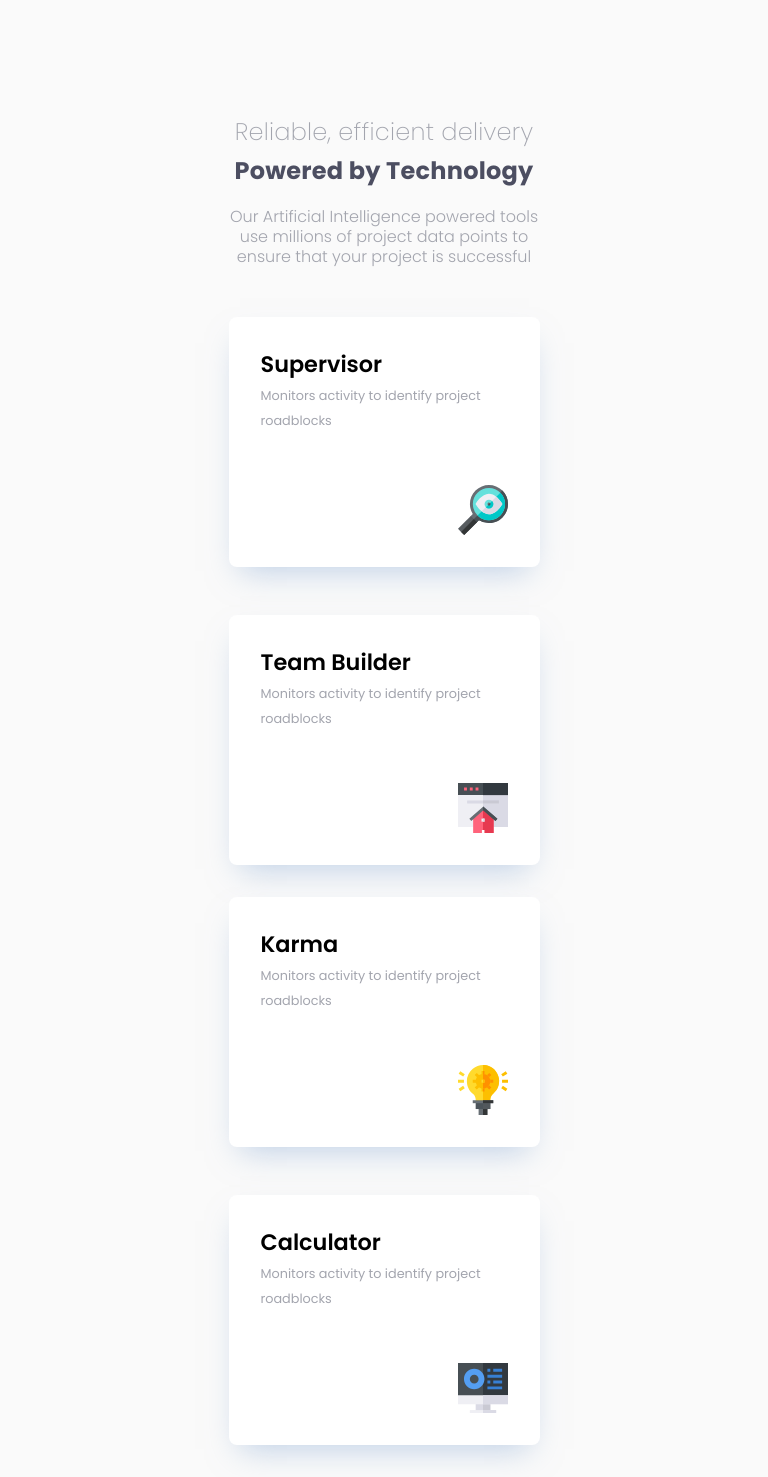
Repository: brandontaylor1/four-card-feature
Page: index.html
These files come from the project's save history. The page is drawn as it stood at one moment and after the next save; the edit follows.
The browser window is 768 px wide. The pictures show the whole page.

Above is the page before, as saved 2025-01-10 19:49:52.

### index.html
<!DOCTYPE html>
<html lang="en">
<head>
    <meta charset="UTF-8">
    <meta name="viewport" content="width=device-width, initial-scale=1.0">
    <link rel="preconnect" href="https://fonts.googleapis.com">
    <link rel="preconnect" href="https://fonts.gstatic.com" crossorigin>
    <link href="https://fonts.googleapis.com/css2?family=Poppins:ital,wght@0,100;0,200;0,300;0,400;0,500;0,600;0,700;0,800;0,900;1,100;1,200;1,300;1,400;1,500;1,600;1,700;1,800;1,900&display=swap" rel="stylesheet">
    <link rel="stylesheet" href="styles.css">
    <title>Four Card Feature</title>
</head>
<body>
    <main class="container">
        <div class="page-content">
            <h1>Reliable, efficient delivery</h1>
            <h2>Powered by Technology</h2>
            <p>Our Artificial Intelligence powered tools use millions of project data points to ensure that your project is successful</p>
        </div>
        <div class="column-container">
            <div class="card-column">
                <div class="card">
                    <h3>Supervisor</h3>
                    <p>Monitors activity to identify project roadblocks</p>
                    <img src="./assets/images/icon-supervisor.svg" alt="Supervisor Icon">
                </div>
            </div>

            <div class="card-column">
                <div class="card">
                    <h3>Team Builder</h3>
                    <p>Monitors activity to identify project roadblocks</p>
                    <img src="./assets/images/icon-team-builder.svg" alt="Supervisor Icon">
                </div>
                <div class="card">
                    <h3>Karma</h3>
                    <p>Monitors activity to identify project roadblocks</p>
                    <img src="./assets/images/icon-karma.svg" alt="Supervisor Icon">
                </div>
            </div>

            <div class="card-column">
                <div class="card">
                    <h3>Calculator</h3>
                    <p>Monitors activity to identify project roadblocks</p>
                    <img src="./assets/images/icon-calculator.svg" alt="Supervisor Icon">
                </div>
            </div>
        </div>
    </main>

</body>
</html>

### styles.css
* {
    margin: 0;
    padding: 0;
    box-sizing: border-box;
}

:root {
    --primary-red: hsl(0, 78%, 62%);
    --primary-cyan: hsl(180, 62%, 55%);
    --primary-orange: hsl(34, 97%, 64%);
    --primary-blue: hsl(212, 86%, 64%);

    --secondary-dark-blue: hsl(234, 12%, 34%);
    --secondary-grayish-blue: hsl(229, 6%, 66%);
    --secondary-light-gray: hsl(0, 0%, 98%);
}

.container {
    height: 100vh;
    display: flex;
    align-items: center;
    justify-content: center;
    flex-direction: column;
    background-color: #FAFAFA;
}

.page-content {
    display: flex;
    flex-direction: column;
    align-items: center;
    justify-content: space-between;
    height: 150px;
    width: 540px;
    margin-bottom: 50px;
}

.page-content h1 {
    font-size: 2.5rem;
    font-family: "Poppins", sans-serif;
    font-weight: 200;
    line-height: 54px;
    letter-spacing: .25px;
    color: var(--secondary-grayish-blue);
}

.page-content h2 {
    font-size: 2.5rem;
    font-family: "Poppins", sans-serif;
    font-weight: 700;
    line-height: 54px;
    letter-spacing: .25px;
    color: var(--secondary-dark-blue);
    margin-bottom: 13px;
}

.page-content p {
    font-size: 1rem;
    font-family: "Poppins", sans-serif;
    font-weight: 400;
    line-height: 25px;
    text-align: center;
    color: var(--secondary-grayish-blue);

}

.column-container {
    display: grid;
    justify-content: center;
    align-items: center;
    grid-template-columns: repeat(3, 1fr);
    grid-template-rows: repeat(2, auto);
    gap: 3rem;
}

.card:nth-child(2) {
    margin-top: 2rem;
}

.card {
    width: 350px;
    height: 250px;
    border-radius: 0.5rem;
    padding: 2rem;
    position: relative;
    background: #FFF;
    box-shadow: 0px 15px 30px -11px rgba(131, 166, 210, 0.50);
}

.card h3 {
    font-size: 1.4rem;
    font-family: "Poppins", sans-serif;
    font-weight: 600;
    line-height: 30px;
    margin-bottom: 4px;
}

.card p {
    font-size: .8rem;
    font-family: "Poppins", sans-serif;
    font-weight: 400;
    line-height: 25px;
    font-family: "Poppins", sans-serif;
    color: var(--secondary-grayish-blue);
}

.card img {
    width: 50px;
    height: 50px;
    position: absolute;
    bottom: 2rem;
    right: 2rem;
}

@media (max-width: 900px) {
    .container {
        height: auto;
        padding: 2rem;
    }

    .page-content {
        margin-top: 85px;
        width: 311px;

    }

    .page-content h1 {
        font-size: 1.5rem;
        line-height: 30px;
    }

    .page-content h2 {
        font-size: 1.5rem;
        line-height: 30px;
    }

    .page-content p {
        font-size: 1rem;
        line-height: 20px;
        font-weight: 300;
    }

    .card {
        width: 311px;
    }

    .column-container {
        grid-template-columns: 1fr;
    }
}

After the next save:
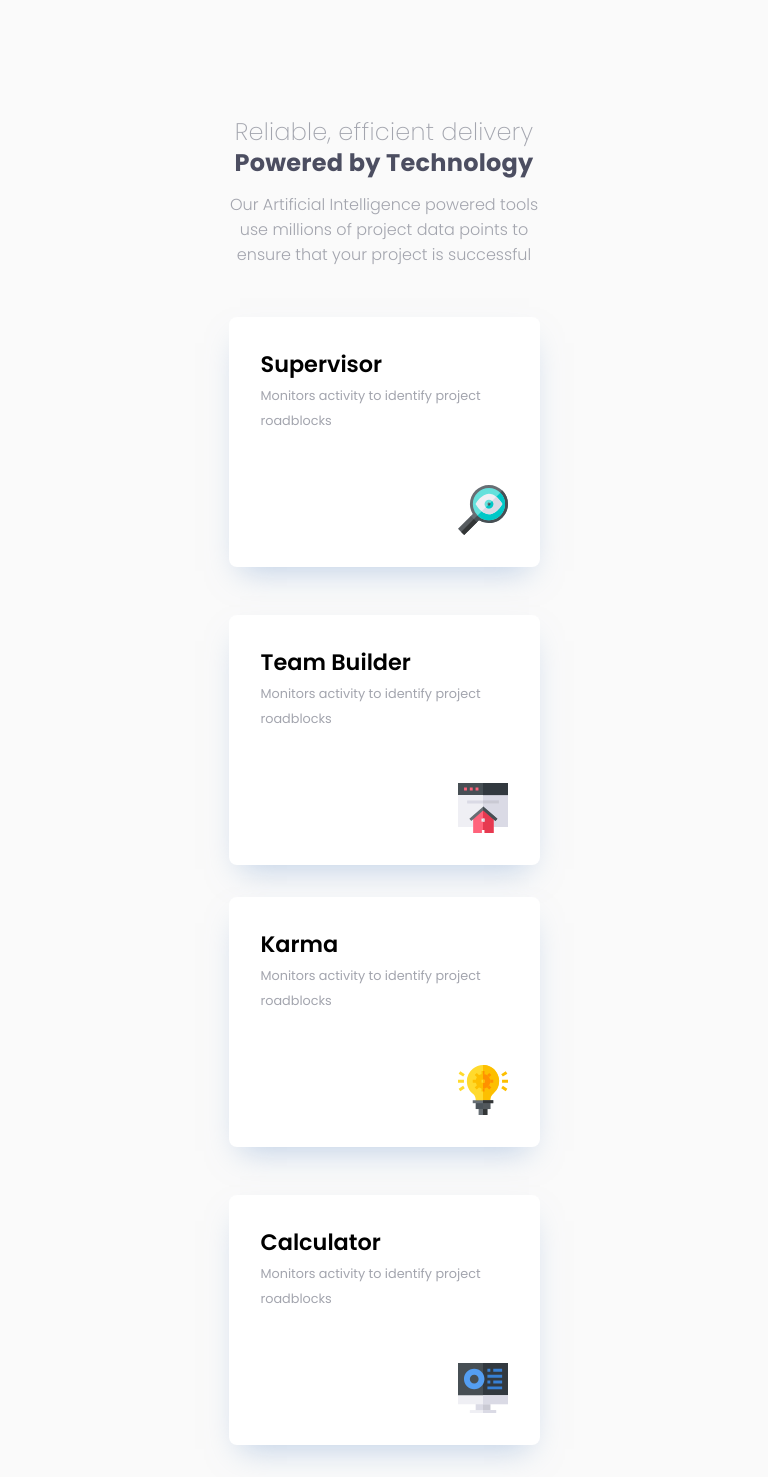
Saved 32 s later.
--- a/styles.css
+++ b/styles.css
@@ -137,6 +137,7 @@
         font-size: 1rem;
         line-height: 20px;
         font-weight: 300;
+        line-height: 25px;
     }
 
     .card {
